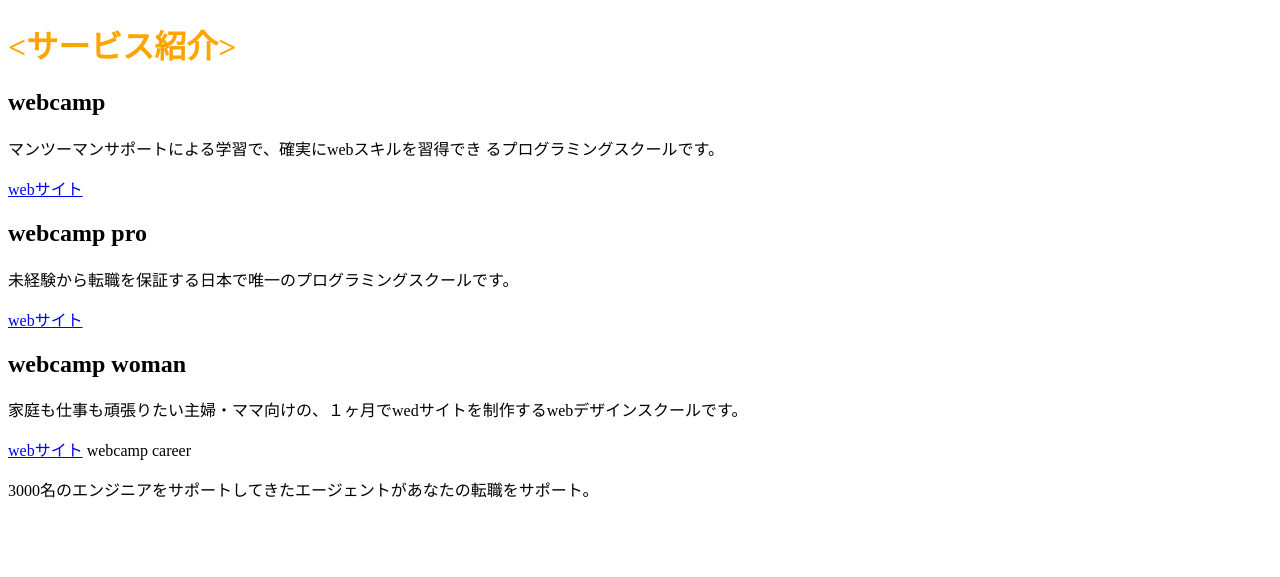
Repository: ego-boosting/html-practice1
Page: chapter2_exercise/index.html
The author's editor kept a record of every edit. The page is drawn from the files as they stood at one moment, then again after the next edit.
The browser window is 1280 px wide. The pictures show the whole page.

Above is the page before.

### chapter2_exercise/index.html
<!DOCTYPE HTML>
<html lang="ja">
  <head>
    <meta charset="UTF-8" />
    <title>初めてのHTML</title>
    <link rel="stylesheet" href="style.css" />
  </head>

  <body>
    <h1><サービス紹介></h1>
    <h2>webcamp</h2>
    <p>マンツーマンサポートによる学習で、確実にwebスキルを習得でき
    るプログラミングスクールです。</p>
    <a href="webcamp">webサイト</a>
    <h2>webcamp pro</h2>
    <p>未経験から転職を保証する日本で唯一のプログラミングスクールです。</p>
    <a href="webcamp pro">webサイト</a>
    <h2>webcamp woman</h2>
    <p>家庭も仕事も頑張りたい主婦・ママ向けの、１ヶ月でwedサイトを制作するwebデザインスクールです。</p>
    <a href="webcamp woman">webサイト</a>
    <h>webcamp career</h>
    <p>3000名のエンジニアをサポートしてきたエージェントがあなたの転職をサポート。</p>
    <a href="webcamp career"
  </body>
</html>

Loaded but not shown: chapter2_exercise/style.css (common file)

After the next edit:
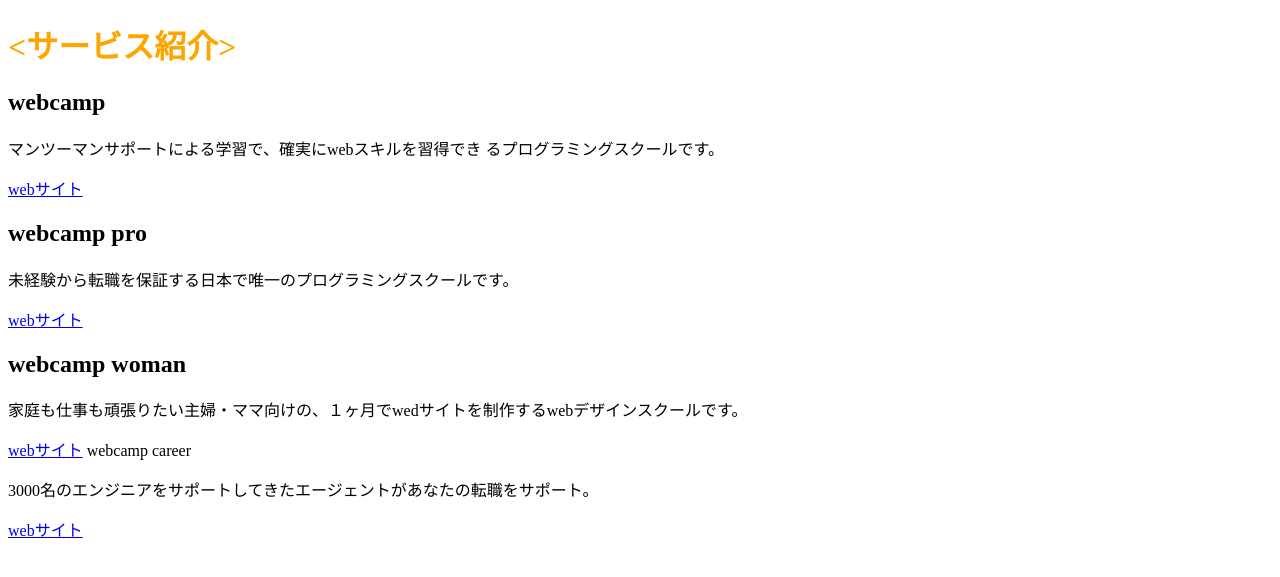
The edit:
--- a/chapter2_exercise/index.html
+++ b/chapter2_exercise/index.html
@@ -20,6 +20,6 @@
     <a href="webcamp woman">webサイト</a>
     <h>webcamp career</h>
     <p>3000名のエンジニアをサポートしてきたエージェントがあなたの転職をサポート。</p>
-    <a href="webcamp career"
+    <a href="webcamp career">webサイト</a>
   </body>
 </html>
